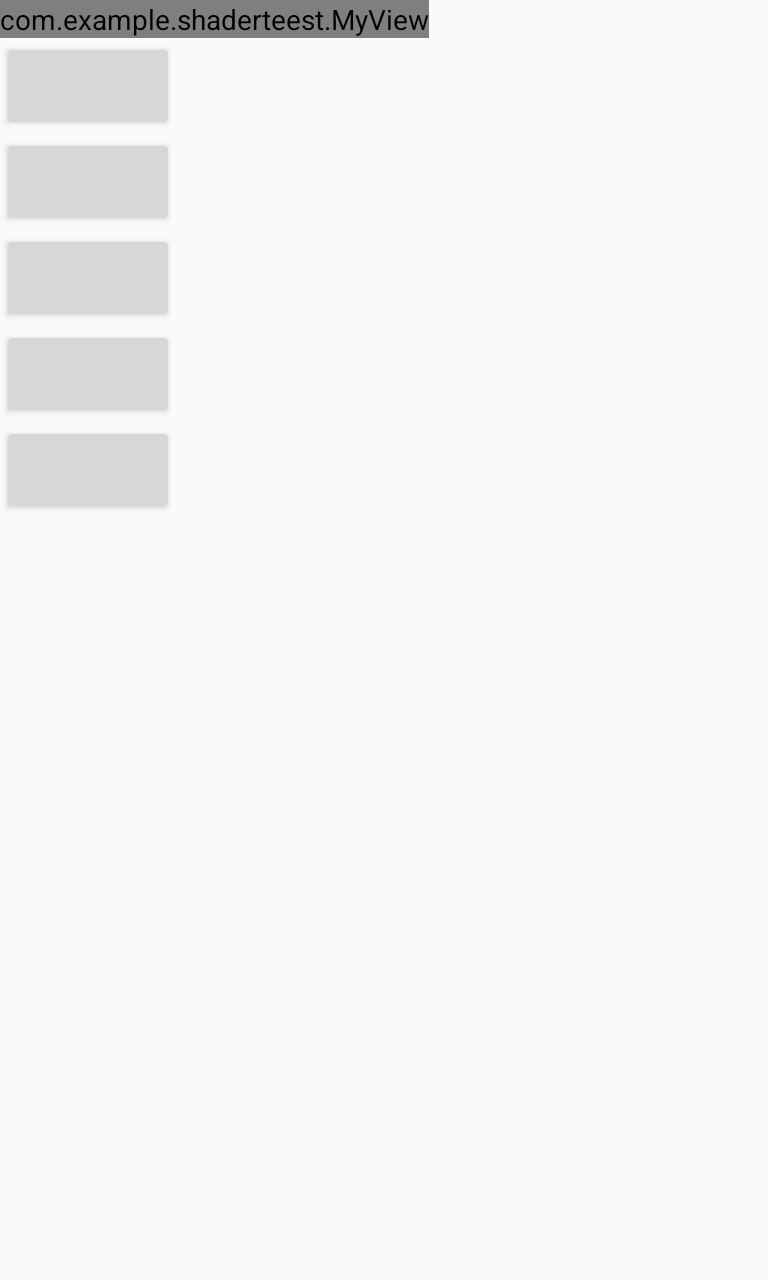
Repository: 18810012802/creazyAndroid
Layout: workspace3/ShaderTest/res/layout/activity_main.xml
The author's editor kept a copy of each file at every save. The layout is drawn from the files as they stood at one save, then again after the next save.
Pictures or frames that could not be fetched are drawn as grey boxes. It is drawn on a 768 x 1280 px phone screen (xhdpi) without system bars, with theme AppTheme; the app's code is not run.

Above is the layout before, as saved 2016-05-09 16:04:03.

### workspace3/ShaderTest/res/layout/activity_main.xml
<LinearLayout xmlns:android="http://schemas.android.com/apk/res/android"
    android:layout_width="match_parent"
    android:orientation="vertical"
    android:layout_height="match_parent"
   >

    <com.example.shaderteest.MyView
        android:layout_width="wrap_content"
        android:layout_height="wrap_content"
        android:id="@+id/my_view" />
	<Button
	    android:layout_width="wrap_content"
        android:layout_height="wrap_content"
        android:id="@+id/bn1" />
	<Button
	    android:layout_width="wrap_content"
        android:layout_height="wrap_content"
        android:id="@+id/bn2" />
	<Button
	    android:layout_width="wrap_content"
        android:layout_height="wrap_content"
        android:id="@+id/bn3" />
	<Button
	    android:layout_width="wrap_content"
        android:layout_height="wrap_content"
        android:id="@+id/bn4" />
	<Button
	    android:layout_width="wrap_content"
        android:layout_height="wrap_content"
        android:id="@+id/bn5" />
</LinearLayout>

Loaded but not shown: workspace3/ShaderTest/res/values/styles.xml (common file); workspace3/ShaderTest/res/values-v11/styles.xml (common file); workspace3/ShaderTest/res/values-v14/styles.xml (common file)

After the next save:
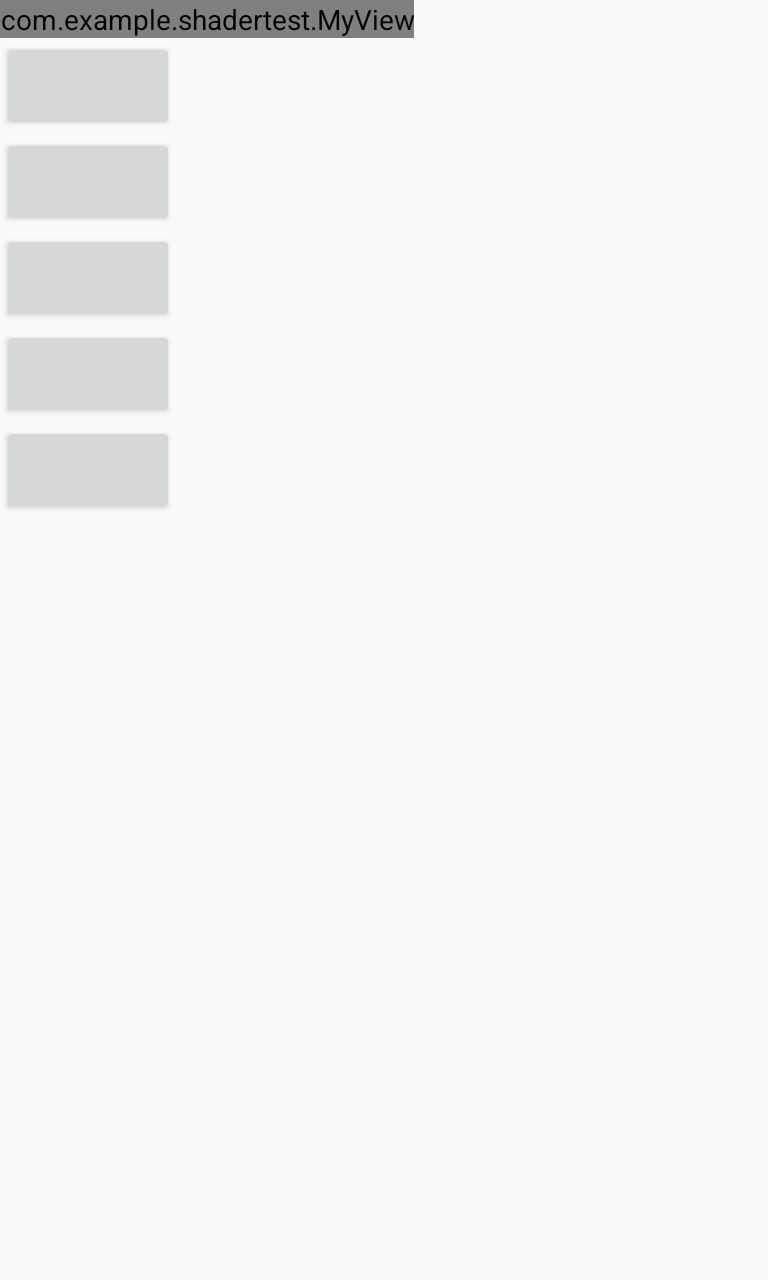
Saved 44 s later.
--- a/workspace3/ShaderTest/res/layout/activity_main.xml
+++ b/workspace3/ShaderTest/res/layout/activity_main.xml
@@ -4,7 +4,7 @@
     android:layout_height="match_parent"
    >
 
-    <com.example.shaderteest.MyView
+    <com.example.shadertest.MyView
         android:layout_width="wrap_content"
         android:layout_height="wrap_content"
         android:id="@+id/my_view" />
